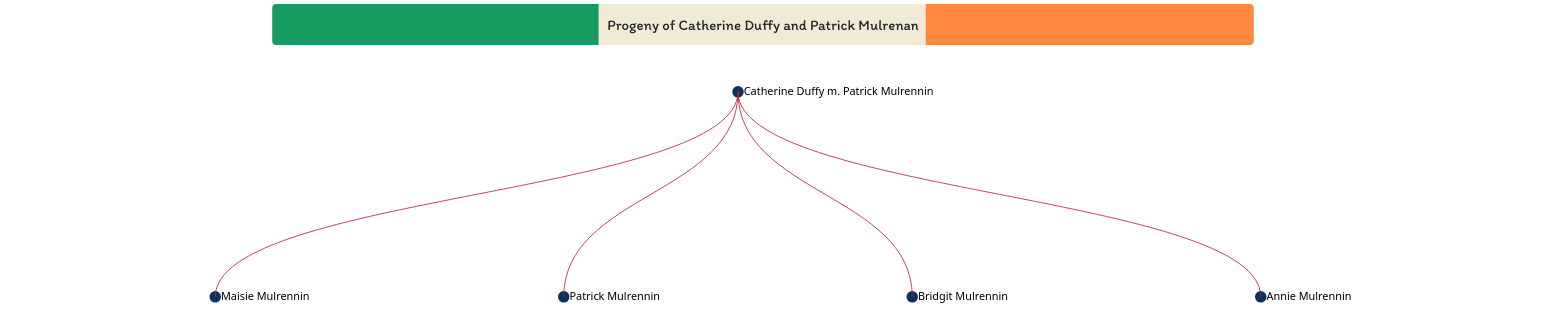
Repository: George2916/GreensladeFamilyTree
Page: progenyCatherineTarpey.html
The author's editor kept a record of every edit. The page is drawn from the files as they stood at one moment, then again after the next edit.
The browser window is 1280 px wide. The page is 1900 px wide, so the pictures cover 1900 px, including what lies to the right of the window. The pictures show the whole page, at 82% of full size.

Above is the page before.

After the next edit:
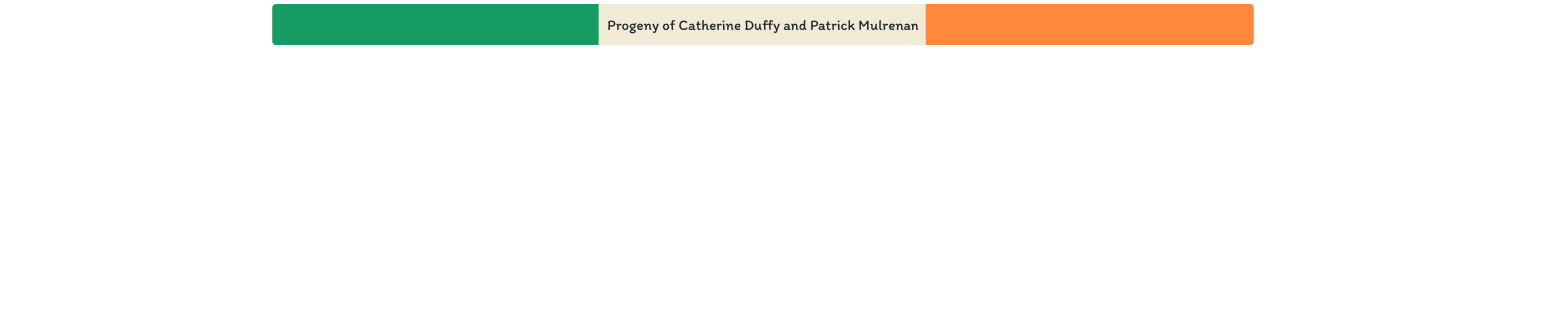
Console error (its wording comes from the project's code and is left out).
The edit:
--- a/progenyCatherineTarpey.html
+++ b/progenyCatherineTarpey.html
@@ -39,7 +39,7 @@
             .attr("width",1700).attr("height",620)
             .append("g").attr("transform", "translate(50,50)");
 
-    var data = [{"child":"Catherine Duffy m. Patrick Mulrennin", "parent": ""},
+    var data = [{"child":"Catherine Duffy m. Patrick Mulrenan", "parent": ""},
 
                 {"child":"Maisie Mulrennin", "parent": "Catherine Duffy m. Patrick Mulrennin"},
 
